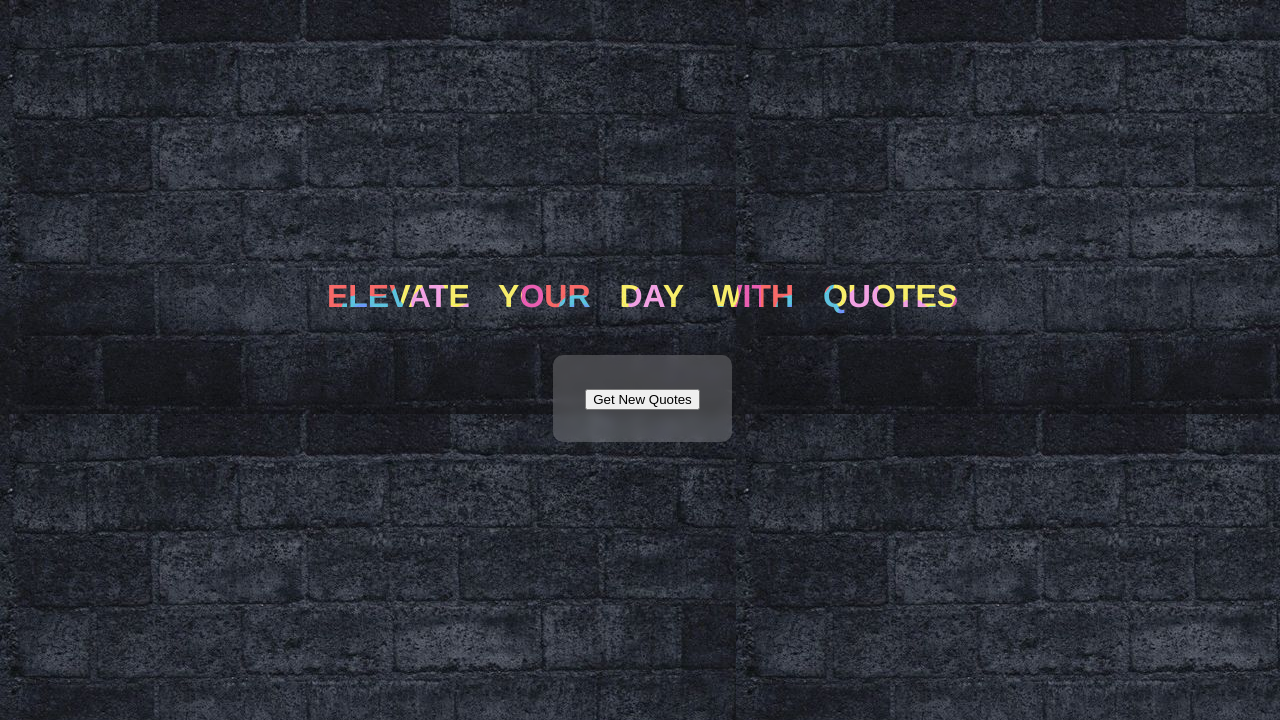
Repository: Bhavik-Sanghar/Quote-app
Page: /
An editor plug-in stored every save of this project. The page is shown before and after the next save, followed by the edit.
The browser window is 1280 px wide. The pictures show the whole page.
The page's requests for data from a server got no answer. The project was rebuilt for these pictures with package versions that can differ from the ones it lists, and the page was loaded fresh each time. No one was signed in, and anything a server would have sent is missing. Also part of the build but not shown: src/styles.css.

Above is the page before, as saved 2023-08-18 15:59:22.

### src/App.js
import React from 'react';
import './styles.css';
import QuoteComponent from './components/NewQuote'

function App() {
  return (
    <div className="App">

      <QuoteComponent/>


    </div>
  );
}

export default App;

### src/components/NewQuote.js
import React, { useEffect, useState } from "react";
import axios from "axios";
import './New.css'

const QuoteComponent = () => {
  const [quotes, setQuotes] = useState([]);
  const category = "inspirational";
  const apiKey = "EgtS4gqLsbjvHM2bBjKwBA==PYmsGLFQFXQzq0Na";

  useEffect(() => {
    fetchQuotes();
  }, []);

  const fetchQuotes = async () => {
    try {
      const response = await axios.get(
        `https://api.api-ninjas.com/v1/quotes?category=${category}&limit=1`, // Fetching 5 quotes
        {
          headers: { "X-Api-Key": apiKey },
        }
      );
      setQuotes(response.data);
    } catch (error) {
      console.error("Error: ", error);
    }
  };

  const handleFetchNewQuotes = () => {
    fetchQuotes();
  };

  return (
    <div className="quote-container">
      <h1>Elevate Your Day with Quotes</h1>
      <div className="card-container">
        {quotes.map((quote, index) => (
          <div key={index} className="card">
            <p className="quote-text">{quote.quote}</p>
            <p className="author">- {quote.author}</p>
          </div>
        ))} <button className="btn btn-one" onClick={handleFetchNewQuotes}>
           Get New Quotes
      </button>

      </div>
    </div>
  );
};

export default QuoteComponent;

### src/components/New.css
.quote-container {
  padding: auto;
  padding-left: 5px;
  display: flex;
  flex-direction: column;
  justify-content: center;
  align-items: center;
  min-height: 100vh;
  background-color: black;
  background-image: url(./bg.jpg);
  transition: background-image 0.5s ease-in-out; /* Add transition for smooth image change */
  color: white;
  position: relative; /* Required for positioning pseudo-element */
  overflow: hidden; /* Hide overflowing pseudo-element content */
}

.quote-container h1 {
  z-index: 2;
  margin: 20px;
  background-image: url(./h1.jpg);
  background-repeat: repeat;
  opacity: 0;
  -webkit-background-clip: text;
  -webkit-text-fill-color: transparent;
  text-align: center;
  word-spacing: 20px;
  font-weight: bold;
  text-transform: uppercase;
  font-family: "Steelfish Rg", "helvetica neue";
  font-weight: 800;
  -webkit-font-smoothing: antialiased;
  transition: background-color 0.3s ease-in-out;
  animation: fadeInHeading 2s ease-in-out 0.5s forwards;
}

.card:hover {
  /* Example animation - scale up on hover */
  transform: scale(1.05);
  transition: transform 0.3s ease-in-out;
}

.author:hover {
  /* Example animation - change text color on hover */
  color: #00e5ff; /* Change to your desired color */
  transition: color 0.3s ease-in-out;
}
.quote-container h1:hover {
  font-size: 2.2em;
  transition: font-size 0.3s ease-in-out;
}

.fetch-button {
  position: absolute;
  margin-top: 40px;
  bottom: 20px; /* Adjust to your preference */
  right: 20px; /* Adjust to your preference */
  background-color: transparent;
  border: none;
  color: white;
  cursor: pointer;
  font-size: 16px;
  padding: 10px 20px;
  border-radius: 5px;
  transition: background-color 0.3s ease-in-out;
}

.fetch-button:hover {
  background-color: rgba(255, 255, 255, 0.1);
}

.card-container {
  z-index: 2;
  margin: 20px;
  backdrop-filter: blur(5px);
  background-color: hsla(0, 0%, 100%, 0.2);
  border-radius: 10px;
  padding: 2rem;
  font-size: larger;
  font-family: "Times New Roman", Times, serif;
  opacity: 0; /* Set initial opacity to 0 */
  animation: fadeInQuotes 3s ease-in-out 1s forwards,
    fadeInBackground 3s ease-in-out 1s forwards;
  position: relative; /* Ensure proper z-index behavior */
}

@keyframes fadeInHeading {
  from {
    opacity: 0;
    transform: translateY(-20px);
  }
  to {
    opacity: 1;
    transform: translateY(0);
  }
}

@keyframes fadeInQuotes {
  from {
    opacity: 0;
    transform: translateY(20px);
  }
  to {
    opacity: 1;
    transform: translateY(0);
  }
}

@keyframes fadeInBackground {
  from {
    opacity: 0;
  }
  to {
    opacity: 1;
  }
}

Loaded but not shown: public/index.html (common file); src/index.js (common file); src/index.css (common file); src/reportWebVitals.js (common file)

After the next save:
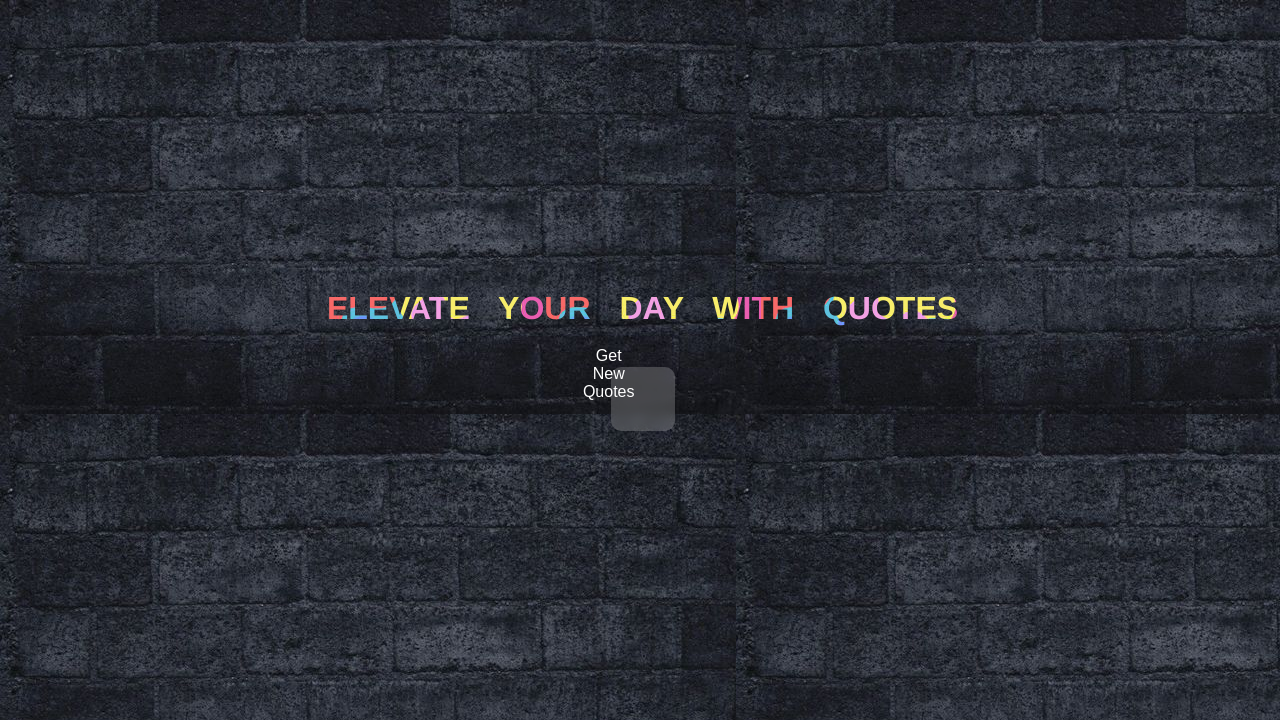
Saved 59 min 2 s later.
--- a/src/components/NewQuote.js
+++ b/src/components/NewQuote.js
@@ -38,7 +38,7 @@ const QuoteComponent = () => {
             <p className="quote-text">{quote.quote}</p>
             <p className="author">- {quote.author}</p>
           </div>
-        ))} <button className="btn btn-one" onClick={handleFetchNewQuotes}>
+        ))} <button className="fetch-button" onClick={handleFetchNewQuotes}>
            Get New Quotes
       </button>
 
